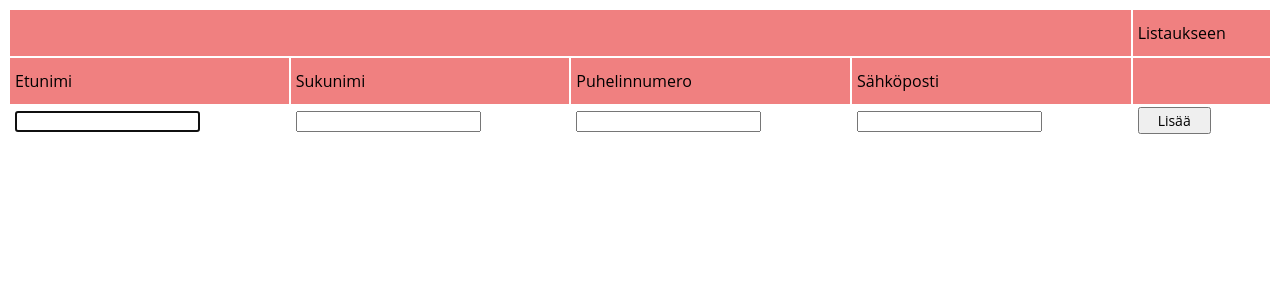
Repository: helijoas/etat7
Page: http://localhost/Asiakkaat/lisaaasiakas.jsp
These files come from the project's save history. The page is drawn as it stood at one moment and after the next save; the edit follows.
The browser window is 1280 px wide. The pictures show the whole page.
The page is served by Tomcat 9. Other server files are loaded and not shown.

Above is the page before, as saved 2020-05-14 13:46:24.

### Asiakkaat/WebContent/lisaaasiakas.jsp
<%@ page language="java" contentType="text/html; charset=UTF-8"
    pageEncoding="UTF-8"%>
<!DOCTYPE html>
<html>
<head>
<meta charset="UTF-8">
<script src="scripts/main.js"></script>
<link rel="stylesheet" type="text/css" href="css/main.css">
<title>Lisää asiakas</title>
</head>
<body onkeydown="tutkiKey(event)">
<form id="tiedot">
	<table>
		<thead>
			<tr>
				<th colspan="4"></th>
				<th class="oikealle"><a href="listaaasiakkaat.jsp" id="takaisin">Listaukseen</a></th>
			</tr>
			<tr>
				<th>Etunimi</th>
				<th>Sukunimi</th>
				<th>Puhelinnumero</th>
				<th>Sähköposti</th>
				<th></th>
			</tr>
		</thead>
		<tbody>
			<tr>
				<td><input type="text" name="etunimi" id="etunimi"></td>
				<td><input type="text" name="sukunimi" id="sukunimi"></td>
				<td><input type="text" name="puhelin" id="puhelin"></td>
				<td><input type="text" name="sposti" id="sposti"></td>
				<td><input type="button" name="nappi" id="tallenna" value="Lisää" onclick="lisaaTiedot()"></td>
			</tr>
		</tbody>
	</table>
</form>
<span id="ilmo"></span>
</body>
<script>

function tutkiKey(event){
	if(event.keyCode==13){ //13 = enter
		lisaaTiedot();
	}
}

document.getElementById("etunimi").focus(); //viedään kursori etunimi-kenttään sivun latauksen yhteydessä

//funktio tietojen lisäämistä varten. Kutsutaan backin POST-metodia ja välitetään kutsun mukana uudet tiedot json-stringinä
function lisaaAsiakas(){
	var ilmo="";
	var meili= new RegExp("@");
	if(document.getElementById("etunimi").value.length<2){
		ilmo="Etunimi on liian lyhyt";
	} else if(document.getElementById("sukunimi").value.length<2){
		ilmo="Sukunimi on liian lyhyt";
	} else if(document.getElementById("puhelin").value*1!=document.getElementById("puhelin").value){
		ilmo="Puhelinnumero ei kelpaa";
	} else if(meili.test(document.getElementById("sposti"))!=true){
		ilmo="Sähköpostiosoite ei kelpaa";
	}
	if(ilmo!=""){
		document.getElementById("ilmo").innerHTML=ilmo;
		setTimeout(function(){ document.getElementById("ilmo").innerHTML=""; }, 3000);
		return;
	}
	document.getElementById("etunimi").value=siivoa(document.getElementById("etunimi"));
	document.getElementById("sukunimi").value=siivoa(document.getElementById("sukunimi"));
	document.getElementById("puhelin").value=siivoa(document.getElementById("puhelin"));
	document.getElementById("sposti").value=siivoa(document.getElementById("sposti"));

	var formJsonStr=formDataToJSON(document.getElementById("tiedot")); //muutetaan lomakkeen tiedot json-stringiksi
	//Lähetetään uudet tiedot backendiin
	fetch("asiakkaat",{ //Lähetetään kutsu backendiin
		method: 'POST',
		body: formJsonStr
	})
	.then(function(response){ //Odotetaan vastausta ja muutetaan JSON-vastaus objektiksi
		return response.json()
	})
	.then(function(responseJson){ //Otetaan vastaan objekti responseJson-parametrissa
		var vastaus=responseJson.response;
		if(vastaus==0){
			document.getElementById("ilmo").innerHTML= "Asiakkaan lisääminen epäonnistui";
		} else if(vastaus==1){
			document.getElementById("ilmo").innerHTML= "Asiakkaan lisääminen onnistui";
		}
		setTimeout(function(){ document.getElementById("ilmoi").innerHTML="";}, 5000);
	});
	document.getElementById("tiedot").reset(); //Tyhjennetään tiedot-lomake
}
</script>
</html>

### Asiakkaat/WebContent/scripts/main.js

function requestURLParam(sParam){
    var sPageURL = window.location.search.substring(1);
    var sURLVariables = sPageURL.split("&");
    for (var i = 0; i < sURLVariables.length; i++){
        var sParameterName = sURLVariables[i].split("=");
        if(sParameterName[0] == sParam){
            return sParameterName[1];
        }
    }
}
function formDataJsonStr(formArray) {
	var returnArray = {};
	for (var i = 0; i < formArray.length; i++){
		returnArray[formArray[i]['name']] = formArray[i]['value'];
	}
	return JSON.stringify(returnArray);
}

function siivoa(teksti){
	teksti=teksti.replace("<","");
	teksti=teksti.replace(";","");
	teksti=teksti.replace("'","''");
	return teksti;
}

### Asiakkaat/WebContent/css/main.css
body {
	font-family: 'Open Sans', sans-serif;
}

table {
  width: 100%;
  /* border-collapse: collapse; */
}

tr:nth-child(even) {
	background-color: #f2f2f2;
}

th, td {
	padding-left: 5px;
}

a:link {
	text-decoration: none;
	cursor: pointer;
	color: black;
}

a:visited {
	text-decoration: none;
	cursor: pointer;
}

.oikealle{
	text-align: right;
}

#hakusana {
	width: 90%;
}

#listaus th, #tiedot th {
  padding-top: 12px;
  padding-bottom: 12px;
  text-align: left;
  font-weight: normal;
  background-color: #F08080;
  color: black;
}

#hakunappi, #tallenna {
	font-family: 'Open Sans', sans-serif;
	font-size: 14px;
	padding: 2px 18px;
}

#takaisin, #uusiAsiakas {
	cursor: pointer;
}

.poista {
	cursor: pointer;
}

After the next save:
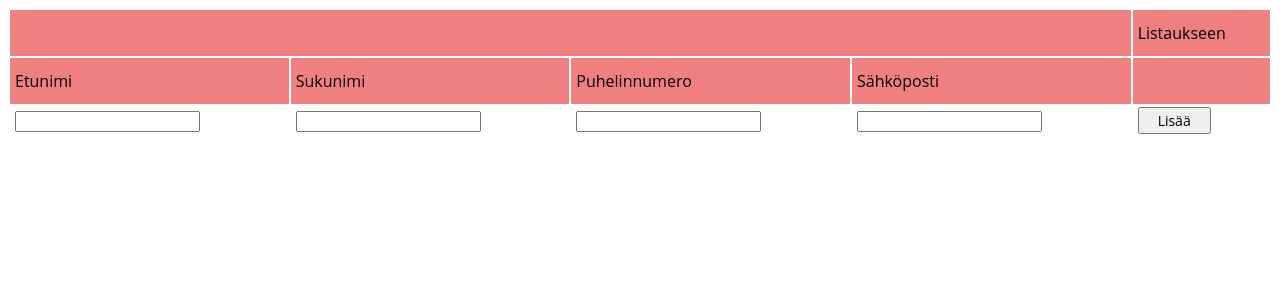
Console error: SyntaxError: Unexpected end of input
Saved 96 s later.
--- a/Asiakkaat/WebContent/lisaaasiakas.jsp
+++ b/Asiakkaat/WebContent/lisaaasiakas.jsp
@@ -57,9 +57,9 @@
 		ilmo="Sukunimi on liian lyhyt";
 	} else if(document.getElementById("puhelin").value*1!=document.getElementById("puhelin").value){
 		ilmo="Puhelinnumero ei kelpaa";
-	} else if(meili.test(document.getElementById("sposti"))!=true){
-		ilmo="Sähköpostiosoite ei kelpaa";
-	}
+	//} else if(meili.test(document.getElementById("sposti"))!=true){
+	//	ilmo="Sähköpostiosoite ei kelpaa";
+	//}
 	if(ilmo!=""){
 		document.getElementById("ilmo").innerHTML=ilmo;
 		setTimeout(function(){ document.getElementById("ilmo").innerHTML=""; }, 3000);

After the save that followed:
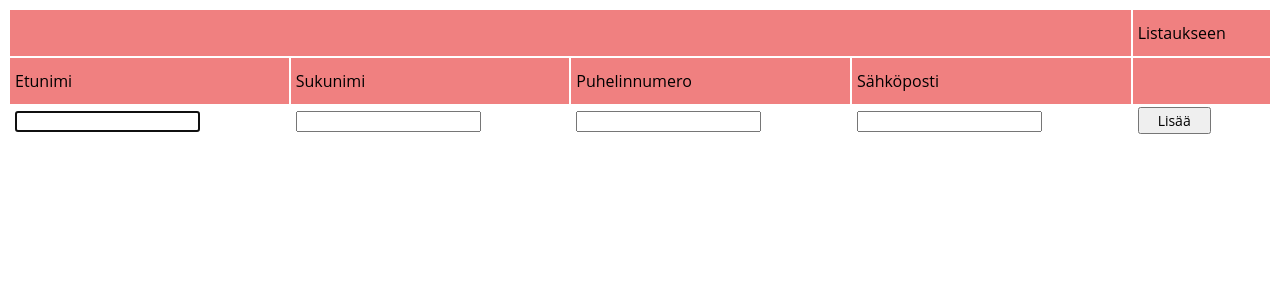
The error is gone.
Saved 30 s later.
--- a/Asiakkaat/WebContent/lisaaasiakas.jsp
+++ b/Asiakkaat/WebContent/lisaaasiakas.jsp
@@ -57,9 +57,9 @@
 		ilmo="Sukunimi on liian lyhyt";
 	} else if(document.getElementById("puhelin").value*1!=document.getElementById("puhelin").value){
 		ilmo="Puhelinnumero ei kelpaa";
-	//} else if(meili.test(document.getElementById("sposti"))!=true){
-	//	ilmo="Sähköpostiosoite ei kelpaa";
-	//}
+	} else if(meili.test(document.getElementById("sposti"))!=true){
+		ilmo="Sähköpostiosoite ei kelpaa";
+	}
 	if(ilmo!=""){
 		document.getElementById("ilmo").innerHTML=ilmo;
 		setTimeout(function(){ document.getElementById("ilmo").innerHTML=""; }, 3000);
